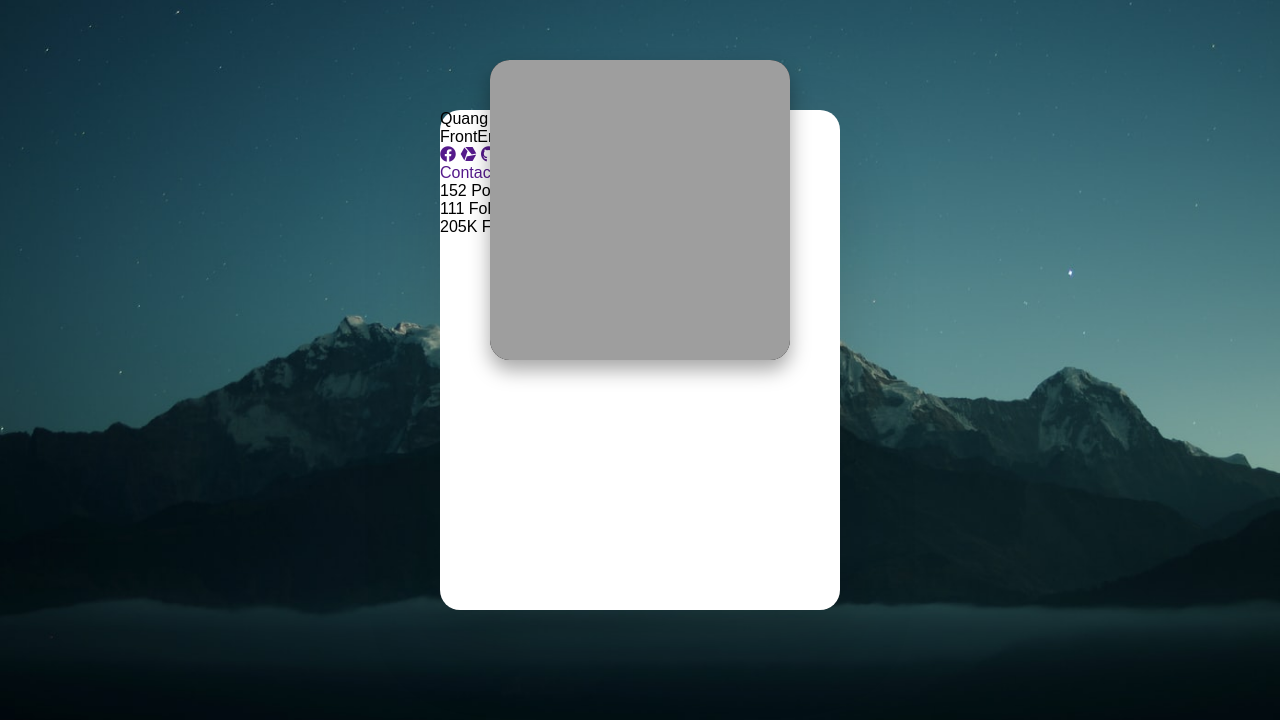
Repository: QuangThanh152/Profile-me
Page: index.html
An editor plug-in stored every save of this project. The page is shown before and after the next save, followed by the edit.
The browser window is 1280 px wide. The pictures show the whole page.
The pointer rests on the first visible `.card`.
Pictures or frames that could not be fetched are drawn as grey boxes.

Above is the page before, as saved 2022-10-07 15:04:12.

After the next save:
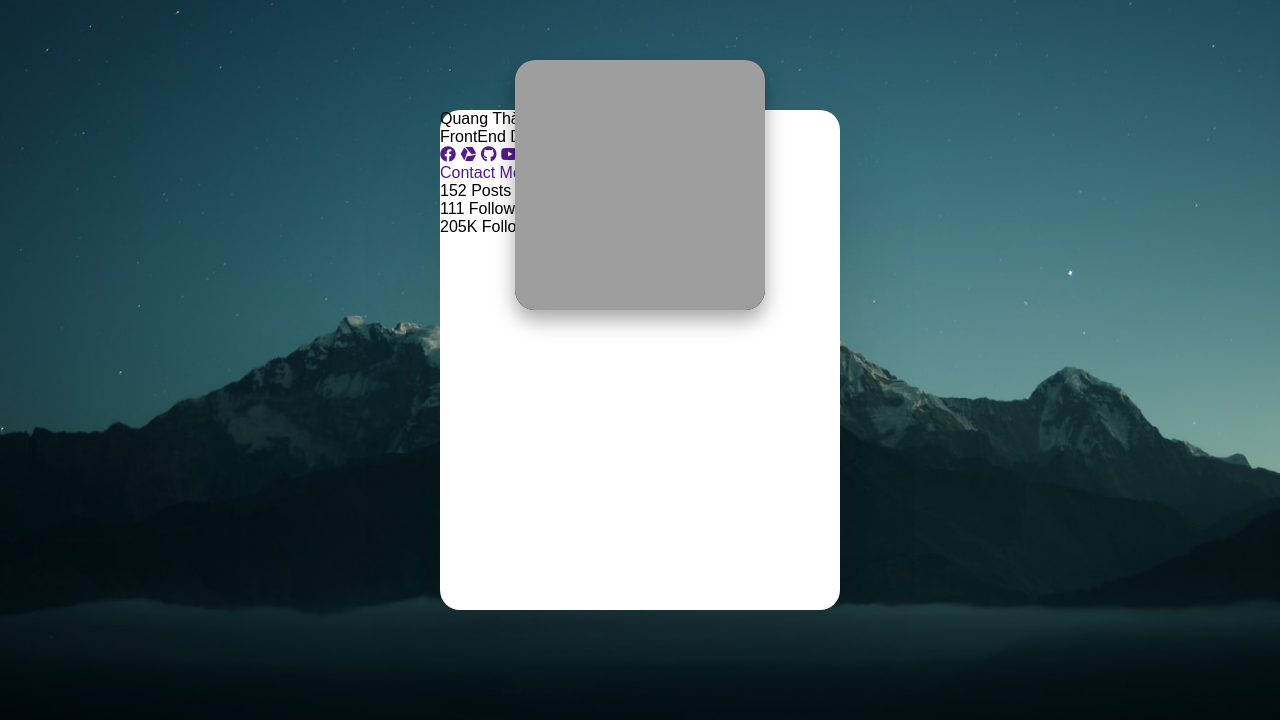
Saved 9 s later.
--- a/accets/main.css
+++ b/accets/main.css
@@ -41,8 +41,8 @@ body {
     overflow: hidden;
 }
 .card:hover .card-header {
-    width: 300px;
-    height: 300px;
+    width: 250px;
+    height: 250px;
 }
 .img-me {
     position: absolute;
